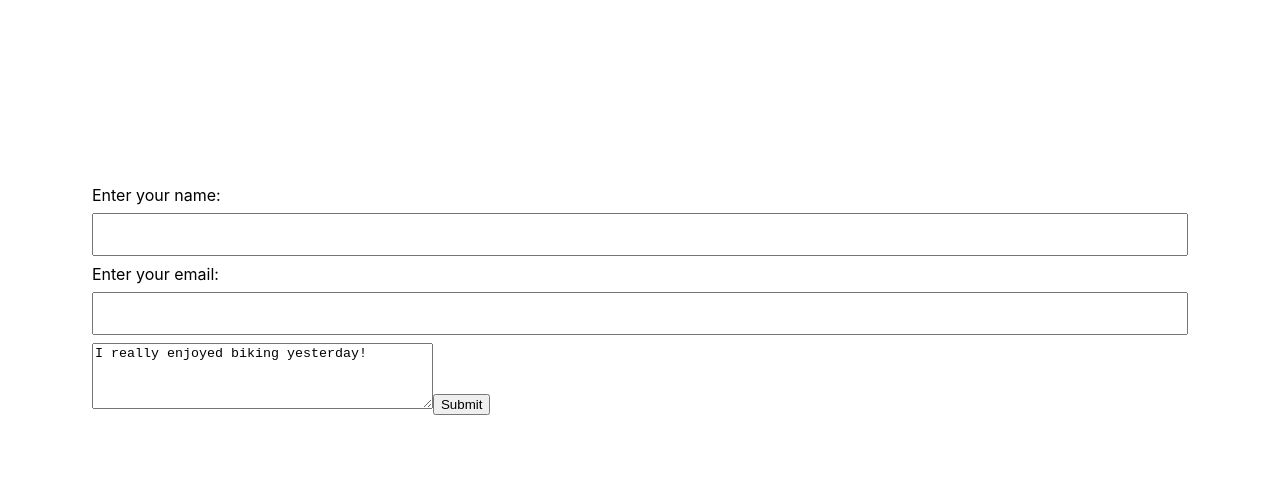
Repository: AddamVictorioDev/ProfileWebsite
Page: /form (app in con/)
An editor plug-in stored every save of this project. The page is shown before and after the next save, followed by the edit.
The browser window is 1280 px wide. The pictures show the whole page.
The project was rebuilt for these pictures with package versions that can differ from the ones it lists, and the page was loaded fresh each time. Also part of the build but not shown: con/src/App.css, con/src/home.css, con/src/home.js, con/src/addam.css, con/src/addam.js, con/src/usescripts.js, con/src/projects.js.

Above is the page before, as saved 2023-03-16 18:44:14.

### con/src/index.css
body {
  margin: 0;
  font-family: -apple-system, BlinkMacSystemFont, 'Segoe UI', 'Roboto', 'Oxygen',
    'Ubuntu', 'Cantarell', 'Fira Sans', 'Droid Sans', 'Helvetica Neue',
    sans-serif;
  -webkit-font-smoothing: antialiased;
  -moz-osx-font-smoothing: grayscale;
  /* background-image: url("/Users/addamvictorio/con/src/waterdropwallpp.jpg"); */
  /* background-color: #ffffff; */

}

code {
  font-family: source-code-pro, Menlo, Monaco, Consolas, 'Courier New',
    monospace;
}

### con/src/App.js
import logo from './logo.svg';
import './App.css';
import HomePage from './home';
import Addam from './addam';

import {
  BrowserRouter,
  Routes,
  Route
} from "react-router-dom";
import Projects from './projects';
import MyForm from './form';

function App() {

  return (

    <BrowserRouter>
      <Routes>


      <Route exact path="/" element={<Addam />}  />
      <Route path="projects" element={<Projects />} />
      <Route path="form" element={<MyForm />} />

      </Routes>


  </BrowserRouter>

  );
}

export default App;

### con/src/form.js
import { useState } from 'react';
import ReactDOM from 'react-dom/client';
import './form.css'

function MyForm() {
  const [inputs, setInputs] = useState({});
  const [textarea, setTextarea] = useState(
    "The content of a textarea goes in the value attribute"
  );

  const handleChange = (event) => {
    const name = event.target.name;
    const value = event.target.value;
    setInputs(values => ({...values, [name]: value}))
  }

  const handleSubmit = (event) => {
    event.preventDefault();
    alert(inputs);
  }

  return (
    <div className="center">
    <form onSubmit={handleSubmit}>
      <label>Enter your name:
      <input
        type="text"
        name="username"
        value={inputs.username || ""}
        onChange={handleChange}
      />
      </label>
      <label>Enter your email:
        <input
          type="text"
          name="age"
          value={inputs.age || ""}
          onChange={handleChange}
        />
        </label>
        <textarea
        name="postContent"
        defaultValue="I really enjoyed biking yesterday!"
        rows={4}
        cols={40}
      />
        <input type="submit" />
    </form>
    </div>
  )
}

export default MyForm;

### con/src/projects.css
.center{
    display: grid;
    justify-content: center;
    align-items: center;


}
.photo-grid {
    display: flex;
    height: 100%;

    border-radius: 10px;
    border-color: black;

    flex-wrap: wrap;
    justify-content: center;
    align-items: center;
    gap: 10px;
    background-color: blueviolet;
  }

  .photo-item {
    height: 100%;


    position: relative;




    overflow: auto;
  }

  img {
    width: 100%;
    height: 100%;


    object-fit: cover;
  }
  .img-text {
    position: absolute;
    width: 100%;
    bottom: 10px;

    color: white;
    background-color: rgb(199, 6, 6);
    padding: 10px;
  }

### con/src/form.css

.container{
    justify-content: center;
    align-items:center;
    background-color: aquamarine;
}

.center{
    display: grid;
    place-items: center;
    height: 600px;

}




input[type=text] {

    width: 100%;
    padding: 12px 20px;
    margin: 8px 0;
    box-sizing: border-box;
  }
  input[type=textarea] {

    width: 100%;
    padding: 12px 20px;
    margin: 8px 0;
    box-sizing: border-box;
  }

Loaded but not shown: con/public/index.html (common file); con/src/index.js (common file); con/src/reportWebVitals.js (common file)

After the next save:
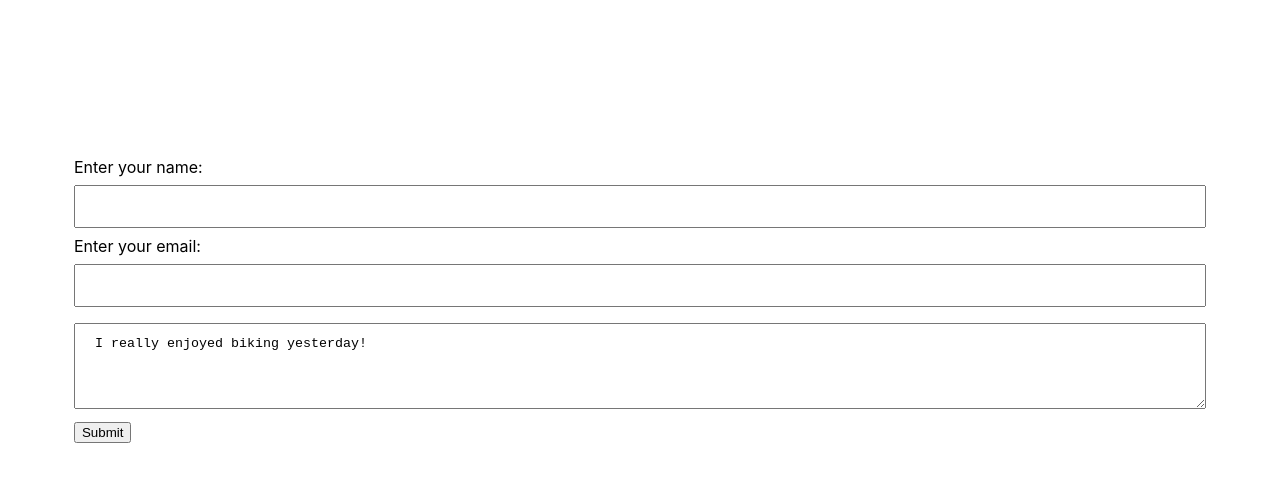
Saved 13 s later.
--- a/con/src/form.css
+++ b/con/src/form.css
@@ -22,7 +22,7 @@ input[type=text] {
     margin: 8px 0;
     box-sizing: border-box;
   }
-  input[type=textarea] {
+  textarea {
 
     width: 100%;
     padding: 12px 20px;
